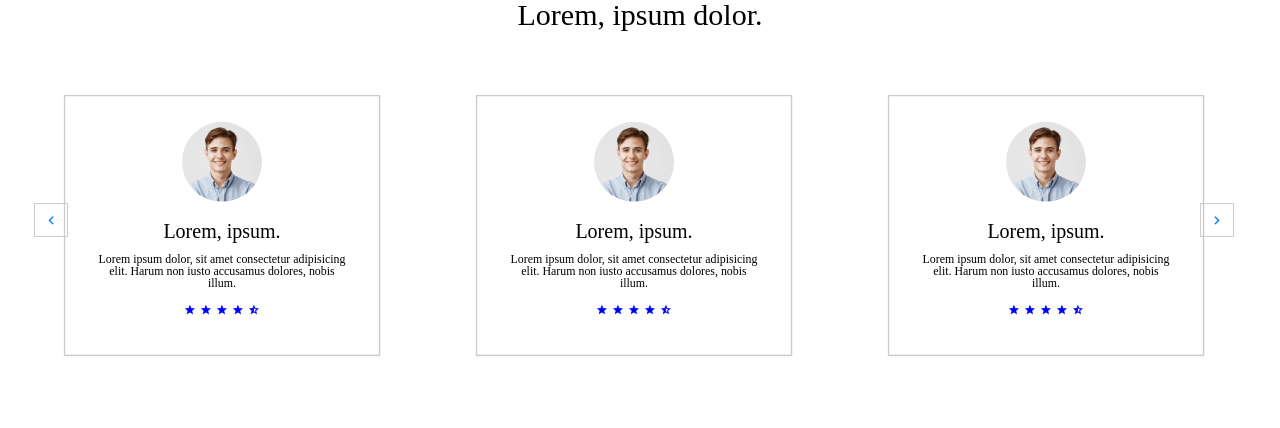
Repository: dinhhaidh/slider-3
Page: index.html
The author's editor kept a copy of each file at every save. The page is drawn from the files as they stood at one save, then again after the next save.
The browser window is 1280 px wide. The pictures show the whole page.

Above is the page before, as saved 2024-03-22 22:04:54.

### index.html
<!DOCTYPE html>
<html lang="en">
<head>
    <meta charset="UTF-8">
    <meta name="viewport" content="width=device-width, initial-scale=1.0">
    <title>Document</title>
    <link rel="stylesheet" href="https://cdnjs.cloudflare.com/ajax/libs/remixicon/4.2.0/remixicon.min.css">

    <link rel="stylesheet" href="./css/swiper-bundle.min.css">

    <link rel="stylesheet" href="./css/style.css">

</head>
<body>
    <div class="new">
        <h3 class="new__title">
            Lorem, ipsum dolor.
        </h3>

        <div class="new__container container">
            <div class="new__swiper swiper">
                <div  class="swiper-wrapper">
                    <article class="new__card new__article swiper-slide">
                        <img src="./img1.png" alt="" class="new__img">
                        <h3 class="new__subtitle">
                            Lorem, ipsum.
                        </h3>
                        <p class="new__description">
                            Lorem ipsum dolor, sit amet consectetur adipisicing elit. Harum non iusto accusamus dolores, nobis illum.
                        </p>
                        <div class="new__stars">
                            <i class="ri-star-s-fill"></i>
                            <i class="ri-star-s-fill"></i>
                            <i class="ri-star-s-fill"></i>
                            <i class="ri-star-s-fill"></i>
                            <i class="ri-star-half-s-line"></i>
                        </div>
                    </article>

                    <article class="new__card new__article swiper-slide">
                        <img src="./img1.png" alt="" class="new__img">
                        <h3 class="new__subtitle">
                            Lorem, ipsum.
                        </h3>
                        <p class="new__description">
                            Lorem ipsum dolor, sit amet consectetur adipisicing elit. Harum non iusto accusamus dolores, nobis illum.
                        </p>
                        <div class="new__stars">
                            <i class="ri-star-s-fill"></i>
                            <i class="ri-star-s-fill"></i>
                            <i class="ri-star-s-fill"></i>
                            <i class="ri-star-s-fill"></i>
                            <i class="ri-star-half-s-line"></i>
                        </div>
                    </article>

                    <article class="new__card new__article swiper-slide">
                        <img src="./img1.png" alt="" class="new__img">
                        <h3 class="new__subtitle">
                            Lorem, ipsum.
                        </h3>
                        <p class="new__description">
                            Lorem ipsum dolor, sit amet consectetur adipisicing elit. Harum non iusto accusamus dolores, nobis illum.
                        </p>
                        <div class="new__stars">
                            <i class="ri-star-s-fill"></i>
                            <i class="ri-star-s-fill"></i>
                            <i class="ri-star-s-fill"></i>
                            <i class="ri-star-s-fill"></i>
                            <i class="ri-star-half-s-line"></i>
                        </div>
                    </article>
                </div>

                <!-- If we need navigation buttons -->
                <div class="swiper-button-prev">
                    <i class="ri-arrow-left-s-line"></i>
                </div>
                <div class="swiper-button-next">
                    <i class="ri-arrow-right-s-line"></i>
                </div>
            </div>

        </div>
    </div>

    <script src="./js/swiper-bundle.min.js"></script>
    <script src="./js/app.js"></script>
</body>
</html>

### css/style.css
*,
*:before,
*:after {
  box-sizing: border-box;
}
* {
  margin: 0;
  padding: 0;
  font: inherit;
}
img,
picture,
svg,
video {
  display: block;
  max-width: 100%;
}
input,
select,
textarea {
  background-color: transparent;
  outline: none;
}
button {
  cursor: pointer;
  background-color: transparent;
  outline: none;
  border: 0;
}
body {
  min-height: 100vh;
  font-weight: 400;
  font-size: 16px;
  line-height: 1;
}

.container{
  max-width: 1220px;
  Margin-inline: 1.5rem;
}


.new__title{
  font-size: 30px;
  margin-bottom: 2rem;
  text-align: center;
}

.new__card{
  scale: .8;
}
.new .swiper-slider-active,
.new .swiper-slide-duplicate-active{
  scale: 1;
}

.new__article{
  padding: 2rem 2.5rem 3rem;
  text-align: center;
  border: 2px solid #ccc;
}
.new__img{
  width: 100px;
  border-radius: 50%;
  margin: 0 auto 1.5rem;
}
.new__subtitle{
  margin-bottom: 1rem;
  font-size: 25px;
}
.new__description{
  font-size: 0.93rem;
  margin-bottom: 1rem;
}
.new__stars{
  color: blue;
}

.swiper-button-next::after,
.swiper-button-prev::after{
  content: '';
}
.swiper-button-next,
.swiper-button-prev{
  width: initial;
  height: initial;
  border: 1px solid #ccc;
  padding: 0.5rem;
}

@media screen and (min-width: 450px) {
  .new__article{
    width: 320px;
  }
}

### js/app.js

let swiperNew = new Swiper('.new__swiper', {
    loop: true,
    spaceBetween: 16,
    slidesPerView: 'auto',
    centeredSlides: true,


     // Navigation arrows
    navigation: {
        nextEl: '.swiper-button-next',
        prevEl: '.swiper-button-prev',
    },

    breakpoints: {
        1150: {
            slidesPerView: 3,
            centeredSlides: false,
        }
    }
});

Loaded but not shown: css/swiper-bundle.min.css (library); js/swiper-bundle.min.js (library)

After the next save:
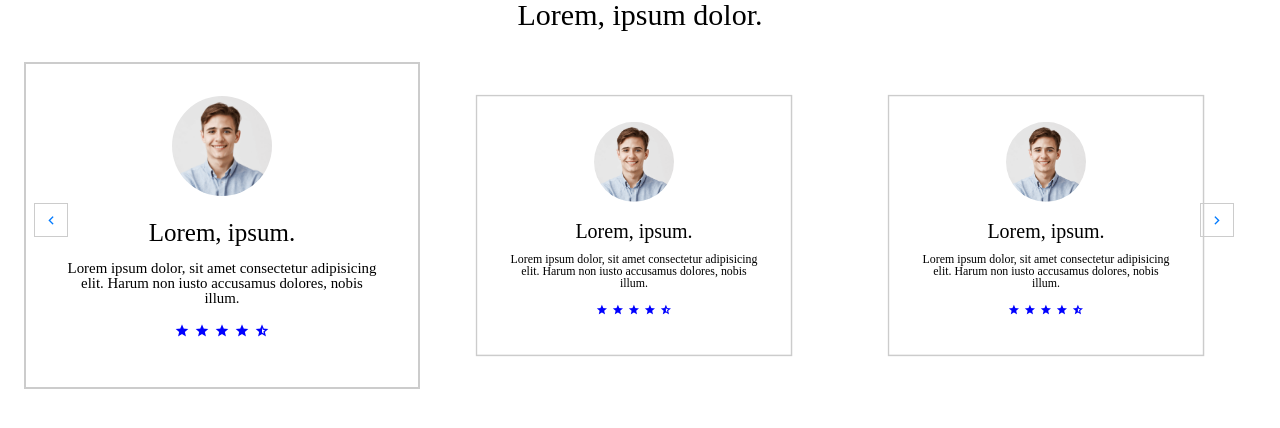
Saved 40 s later.
--- a/css/style.css
+++ b/css/style.css
@@ -49,8 +49,7 @@ body {
 .new__card{
   scale: .8;
 }
-.new .swiper-slider-active,
-.new .swiper-slide-duplicate-active{
+.new .swiper-slide-active, .new .swiper-slide-duplicate-active {
   scale: 1;
 }
 
